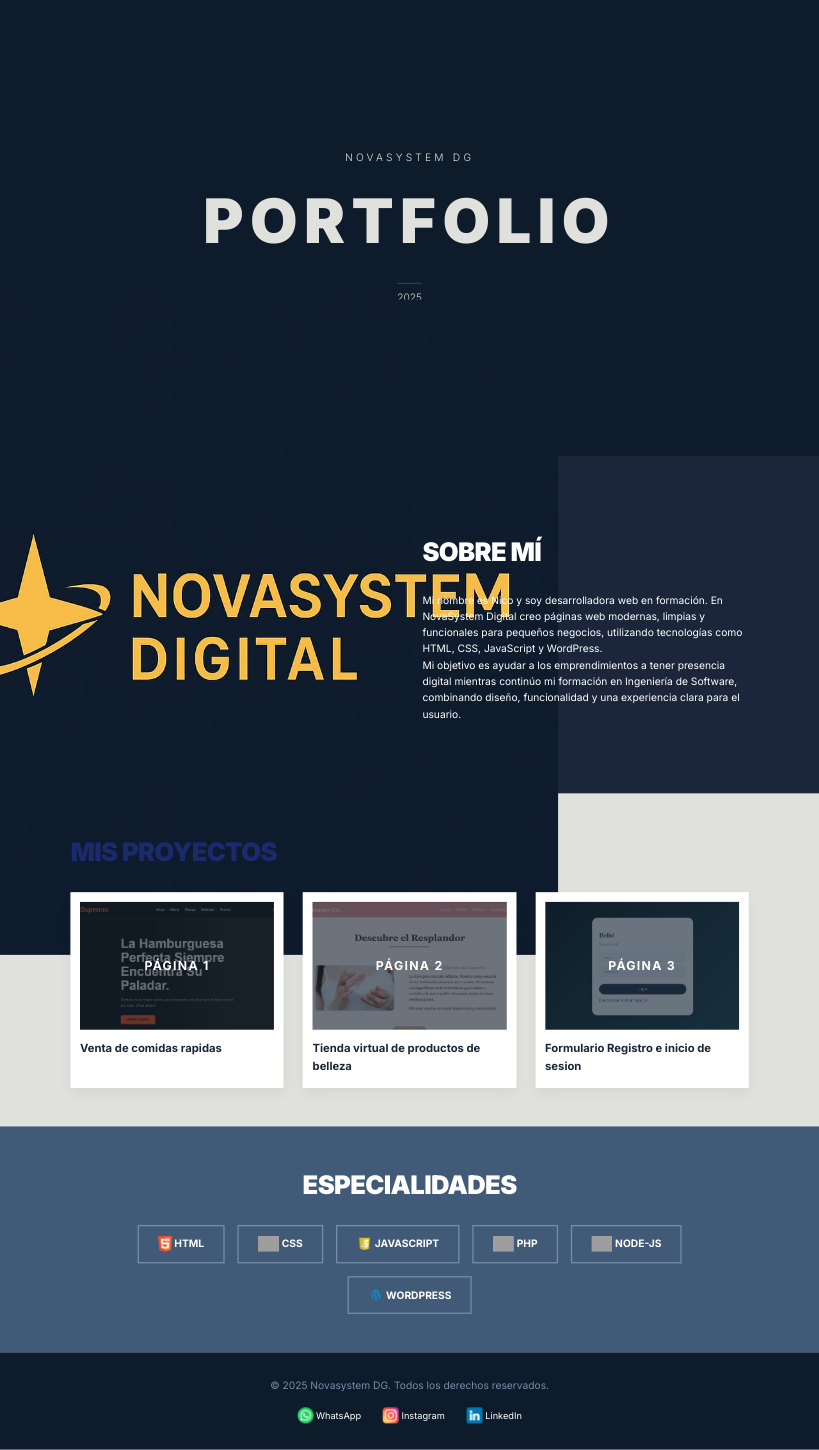
Repository: NovaSystem-DG/Portafolio
Page: index.html
The author's editor kept a copy of each file at every save. The page is drawn from the files as they stood at one save, then again after the next save.
The browser window is 1280 px wide. The pictures show the whole page, at 64% of full size.
Pictures or frames that could not be fetched are drawn as grey boxes.

Above is the page before, as saved 2026-01-09 18:40:16.

### index.html
<!DOCTYPE html>
<html lang="es">

<head>
    <meta charset="UTF-8">
    <meta name="viewport" content="width=device-width, initial-scale=1.0">
    <title>Novasystem DG | Portafolio</title>
    <link rel="stylesheet" href="style.css">
    <link href="https://fonts.googleapis.com/css2?family=Inter:wght@300;400;700;900&display=swap" rel="stylesheet">
</head>

<body>

    <header class="hero-section">
        <div class="header-content">
            <span class="company-name">NOVASYSTEM DG</span>
            <h1>PORTFOLIO</h1>
            <div class="year-range">2025</div>
        </div>
    </header>

    <section class="about-section">
        <div class="container about-flex">
            <div class="photo-placeholder">
                 <img src="assets/img/logo.jpeg" alt="Vista previa proyecto 1" class="E-img">
            </div>
            <div class="about-text">
                <h2>SOBRE MÍ</h2>
                <p>Mi nombre es Nico y soy desarrolladora web en formación.
                    En NovaSystem Digital creo páginas web modernas, limpias y funcionales para pequeños negocios,
                    utilizando tecnologías como HTML, CSS, JavaScript y WordPress.
                    <br>
                    Mi objetivo es ayudar a los emprendimientos a tener presencia digital mientras continúo mi formación
                    en Ingeniería de Software, combinando diseño, funcionalidad y una experiencia clara para el usuario.
                </p>
            </div>
        </div>
    </section>

    <section class="projects-section">
        <div class="container">
            <h2>MIS PROYECTOS</h2>
            <div class="projects-grid">
                <div class="projects-grid">
                    <a href="https://novasystem-dg.github.io/Restaurante-web/" class="project-card" target="_blank">
                        <div class="project-img-container">
                            <img src="assets/img/Comida.png" alt="Vista previa proyecto 1" class="project-img">
                            <div class="project-overlay">
                                <span>Página 1</span>
                            </div>
                        </div>
                        <h3>Venta de comidas rapidas</h3>
                    </a>

                    <a href="https://novasystem-dg.github.io/tienda-online/" class="project-card" target="_blank">
                        <div class="project-img-container">
                            <img src="assets/img/Belleza.png" alt="Vista previa proyecto 2" class="project-img">
                            <div class="project-overlay">
                                <span>Página 2</span>
                            </div>
                        </div>
                        <h3>Tienda virtual de productos de belleza</h3>
                    </a>

                    <a href="http://formulario-basico.free.nf/?i=1" class="project-card" target="_blank">
                        <div class="project-img-container">
                            <img src="assets/img/Login.png" alt="Vista previa proyecto 3" class="project-img">
                            <div class="project-overlay">
                                <span>Página 3</span>
                            </div>
                        </div>
                        <h3>Formulario Registro e inicio de sesion</h3>
                    </a>
                </div>
            </div>
        </div>
    </section>

    <section class="skills-section">
        <div class="container">
            <h2>ESPECIALIDADES</h2>
            <div class="skills-list">

                <div class="skill-item">
                    <img id="Icon" src="assets/icon/HTML.png" alt="HTML5">
                    <span>HTML</span>
                </div>

                <div class="skill-item">
                    <img id="Icon" src="assets/icon/CSS.png" alt="CSS3">
                    <span>CSS</span>
                </div>

                <div class="skill-item">
                    <img id="Icon" src="assets/icon/JS.png" alt="JavaScript">
                    <span>JAVASCRIPT</span>
                </div>

                <div class="skill-item">
                    <img id="Icon1" src="assets/icon/PHP.png" alt="PHP">
                    <span>PHP</span>
                </div>

                <div class="skill-item">
                    <img id="Icon" src="assets/icon/NODEJS.png" alt="JavaScript">
                    <span>NODE-JS</span>
                </div>

                <div class="skill-item">
                    <img id="Icon" src="assets/icon/WP.png" alt="JavaScript">
                    <span>WORDPRESS</span>
                </div>





            </div>
        </div>
    </section>

    <footer class="main-footer">
    <p>&copy; 2025 Novasystem DG. Todos los derechos reservados.</p>

    <div class="social-links">
        <a href="https://wa.me/3137079734" class="social-item" target="_blank">
            <img id="Icon" src="assets/icon/social.png" alt="WhatsApp">
            <span>WhatsApp</span>
        </a>

        <a href="https://www.instagram.com/novasystemdg?igsh=MW93NnByanByMHRpeA==" class="social-item" target="_blank">
            <img id="Icon" src="assets/icon/instagram.png" alt="Instagram">
            <span>Instagram</span>
        </a>

        <a href="https://www.linkedin.com/in/nichole-andrade-848a2a37b?utm_source=share&utm_campaign=share_via&utm_content=profile&utm_medium=android_app" class="social-item" target="_blank">
            <img id="Icon" src="assets/icon/linkedin.png" alt="LinkedIn">
            <span>LinkedIn</span>
        </a>
    </div>
</footer>
</body>

</html>

### style.css
/* Configuración General */
* {
    margin: 0;
    padding: 0;
    box-sizing: border-box;
    font-family: 'Inter', sans-serif;
}

body {
    background-color: #f0f4f8;
    color: #1a2a6c;
    line-height: 1.6;
}

.container {
    max-width: 1100px;
    margin: 0 auto;
    padding: 60px 20px;
}

h2 {
    font-size: 2.5rem;
    font-weight: 900;
    margin-bottom: 30px;
    letter-spacing: -1px;
}

/* Sección 1: Hero Header (Azul Muy Oscuro) */
.hero-section {
    height: 100vh;
    background-color: #0d1b2a;
    color: #e0e1dd;
    display: flex;
    align-items: center;
    justify-content: center;
    text-align: center;
    border-bottom: 8px solid #1b263b;
}

.company-name {
    font-weight: 300;
    letter-spacing: 5px;
    display: block;
    margin-bottom: 10px;
}

.hero-section h1 {
    font-size: 6rem;
    font-weight: 900;
    letter-spacing: 10px;
    margin: 0;
}

.year-range {
    margin-top: 20px;
    font-weight: 300;
    border-top: 1px solid #415a77;
    padding-top: 10px;
    display: inline-block;
}

/* Sección 2: Sobre Mí (Azul Medio) */
.about-section {
    background-color: #1b263b;
    color: #ffffff;
}

.about-flex {
    display: flex;
    align-items: center;
    gap: 50px;
    flex-wrap: wrap;
}

.photo-placeholder {
    width: 500px;
    height: 400px;
    background-color: #415a77;
    display: flex;
    align-items: center;
    justify-content: center;
    border-radius: 4px;
    font-weight: bold;
    color: #778da9;
}

.about-text {
    flex: 1;
    min-width: 300px;
}

/* Sección 3: Proyectos (Azul Claro / Grisáceo) */
.projects-section {
    background-color: #e0e1dd;
}

.projects-grid {
    display: grid;
    grid-template-columns: repeat(auto-fit, minmax(280px, 1fr));
    gap: 30px;
}

/* Ajuste para que el enlace no tenga subrayado y use los colores correctos */
.project-card {
    text-decoration: none;
    color: inherit;
    display: block;
    background: #fff;
    padding: 15px;
    box-shadow: 0 10px 20px rgba(0,0,0,0.05);
    transition: transform 0.3s ease;
}

.project-card:hover {
    transform: translateY(-10px);
}

/* Contenedor de la imagen para poder poner texto encima */
.project-img-container {
    position: relative;
    width: 100%;
    height: 200px;
    overflow: hidden;
    margin-bottom: 15px;
    background-color: #778da9;
}

.project-img {
    width: 100%;
    height: 100%;
    object-fit: cover;
    display: block;
}

/* Capa oscura con el texto "Página X" */
.project-overlay {
    position: absolute;
    top: 0;
    left: 0;
    width: 100%;
    height: 100%;
    background: rgba(13, 27, 42, 0.6); /* Azul oscuro semitransparente */
    display: flex;
    align-items: center;
    justify-content: center;
    opacity: 1; /* Puedes ponerlo en 0 y cambiarlo a 1 en hover si quieres que aparezca solo al pasar el mouse */
    transition: background 0.3s ease;
}

.project-overlay span {
    color: white;
    font-weight: bold;
    font-size: 1.2rem;
    letter-spacing: 2px;
    text-transform: uppercase;
}

.project-card h3 {
    font-size: 1.1rem;
    margin: 5px 0;
    color: #1b263b;
}

/* Sección 4: Skills (Azul Eléctrico) */
.skills-section {
    background-color: #415a77;
    color: white;
    text-align: center;
}

.skills-list {
    display: flex;
    justify-content: center;
    gap: 20px;
    flex-wrap: wrap;
}

.skill-item {
    padding: 15px 30px;
    border: 2px solid #778da9;
    font-weight: bold;
    transition: 0.3s;
}

.skill-item:hover {
    background-color: #778da9;
}

/* Footer (Negro Azulado) */
.main-footer {
    background-color: #0d1b2a;
    color: #778da9;
    padding: 40px 20px;
    text-align: center;
}

.social-links {
    margin-top: 20px;
}

.social-links a {
    color: white;
    text-decoration: none;
    margin: 0 15px;
    font-size: 0.9rem;
}

#Icon{
    margin-bottom:-7px;
    height: 25px;
    width: auto;
}

#Icon1{
    margin-bottom: -7px;
    height: 25px;
    width: auto;
}

After the next save:
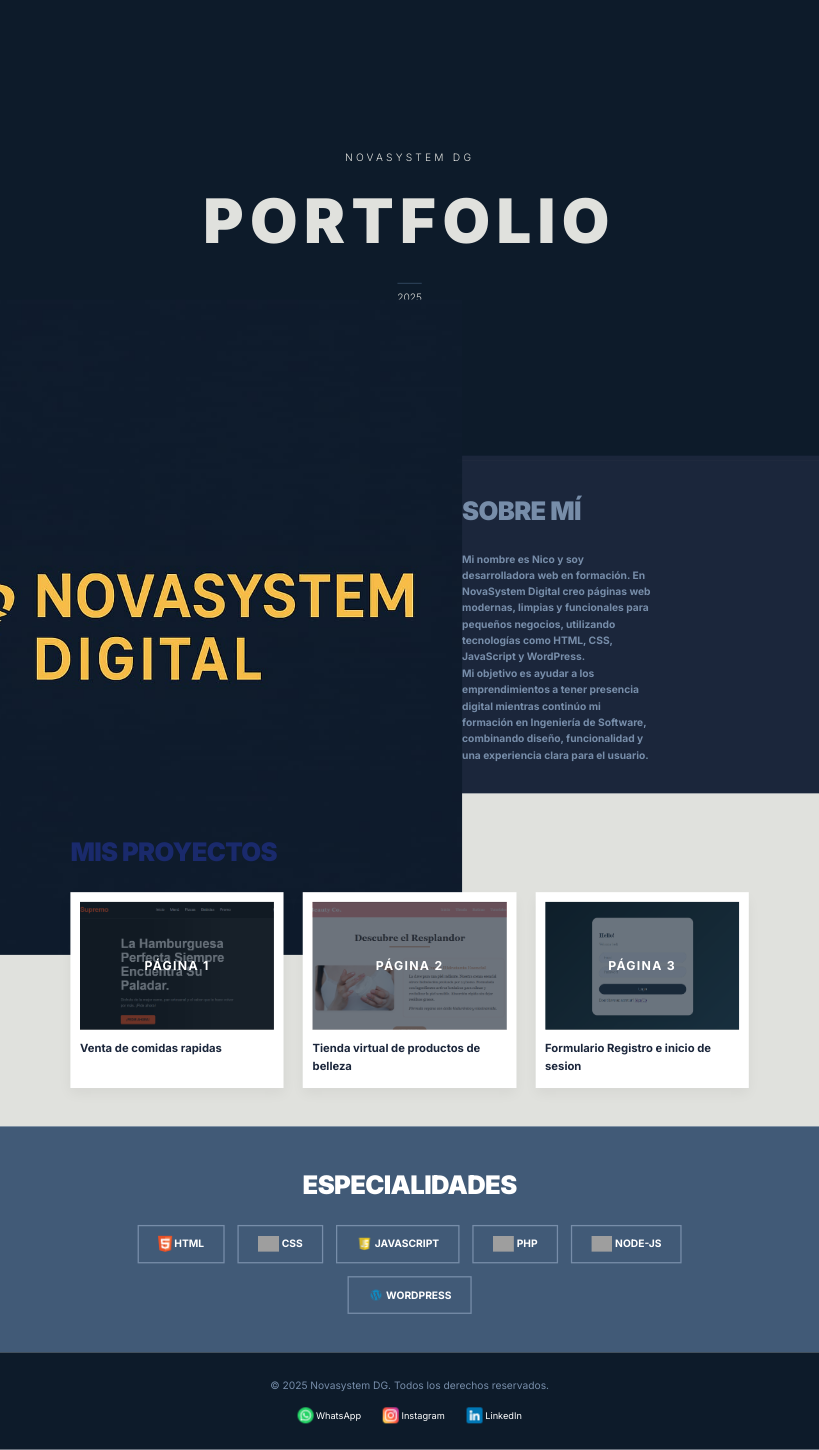
Saved 5 s later.
--- a/index.html
+++ b/index.html
@@ -22,7 +22,7 @@
     <section class="about-section">
         <div class="container about-flex">
             <div class="photo-placeholder">
-                 <img src="assets/img/logo.jpeg" alt="Vista previa proyecto 1" class="E-img">
+                 <img src="assets/img/logo.jpeg" alt="Vista previa proyecto 1"
             </div>
             <div class="about-text">
                 <h2>SOBRE MÍ</h2>
